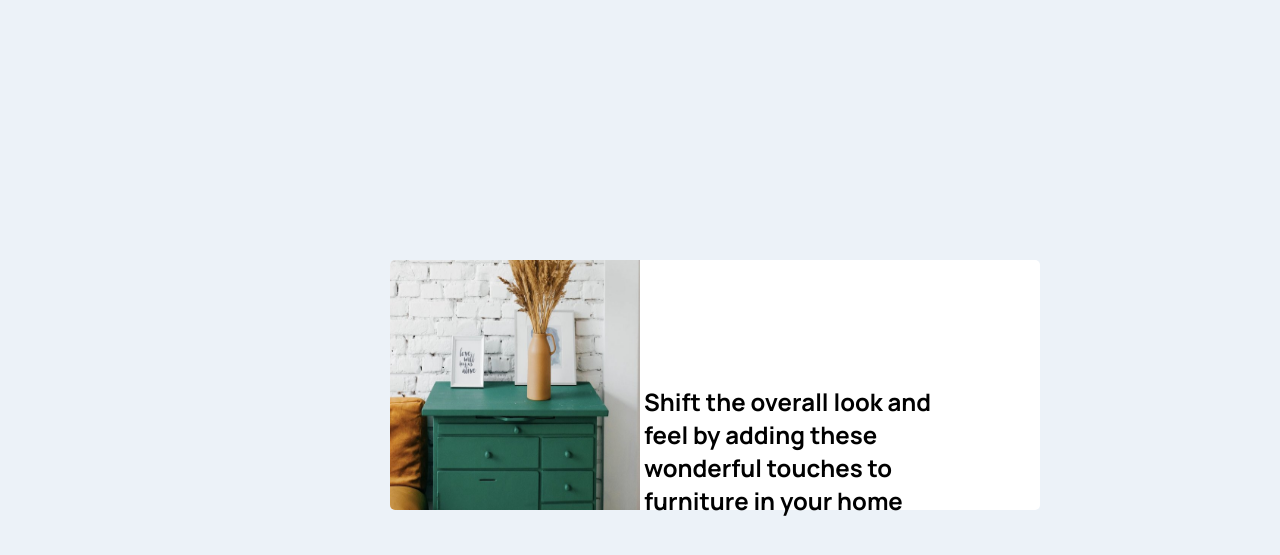
Repository: ricky603/training-css
Page: article-preview-component-master/index.html
An editor plug-in stored every save of this project. The page is shown before and after the next save, followed by the edit.
The browser window is 1280 px wide. The pictures show the whole page.

Above is the page before, as saved 2020-09-09 08:17:08.

### article-preview-component-master/index.html
<!DOCTYPE html>
<html lang="en">

<head>
    <meta charset="UTF-8">
    <meta name="viewport" content="width=device-width, initial-scale=1.0">
    <!-- displays site properly based on user's device -->

    <link rel="icon" type="image/png" sizes="32x32" href="./images/favicon-32x32.png">
    <link rel="stylesheet" href="./styles.css">
    <link href="https://fonts.googleapis.com/css2?family=Manrope:wght@500;700&display=swap" rel="stylesheet">

    <title>Frontend Mentor | Article preview component</title>

    <!-- Feel free to remove these styles or customise in your own stylesheet 👍 -->
</head>

<body>
    <div class="article">
        <div id="image">
            <img src="./images/drawers.jpg" class="drawer">
        </div>

        <div class="post">
            <div class="head">
                <h2>Shift the overall look and feel by adding these wonderful touches to furniture in your home</h2>
            </div>
        </div>
    </div>


</body>

</html>

<!--

  Ever been in a room and felt like something was missing? Perhaps
  it felt slightly bare and uninviting. I’ve got some simple tips
  to help you make any room feel complete.

  Michelle Appleton
  28 Jun 2020

  Share -->

### article-preview-component-master/styles.css
body {
    background-color: hsl(210, 46%, 95%);
}

h2 {
    font-family: 'Manrope';
    font-weight: 700;
}

#image {
    display: inline-block;
}

.post {
    display: inline-block;
    width: 51%;
}

.head {
    display: inline-block;
}

.article {
    position: fixed;
    width: 650px;
    height: 250px;
    background-color: white;
    margin: auto;
    top: 50%;
    left: 50%;
    margin-top: -100px;
    margin-left: -250px;
    border-radius: 5px;
}

.drawer {
    width: 250px;
    height: 250px;
    border-radius: 5px 0 0 5px;
}

.attribution {
    font-size: 11px;
    text-align: center;
}

.attribution a {
    color: hsl(228, 45%, 44%);
}

After the next save:
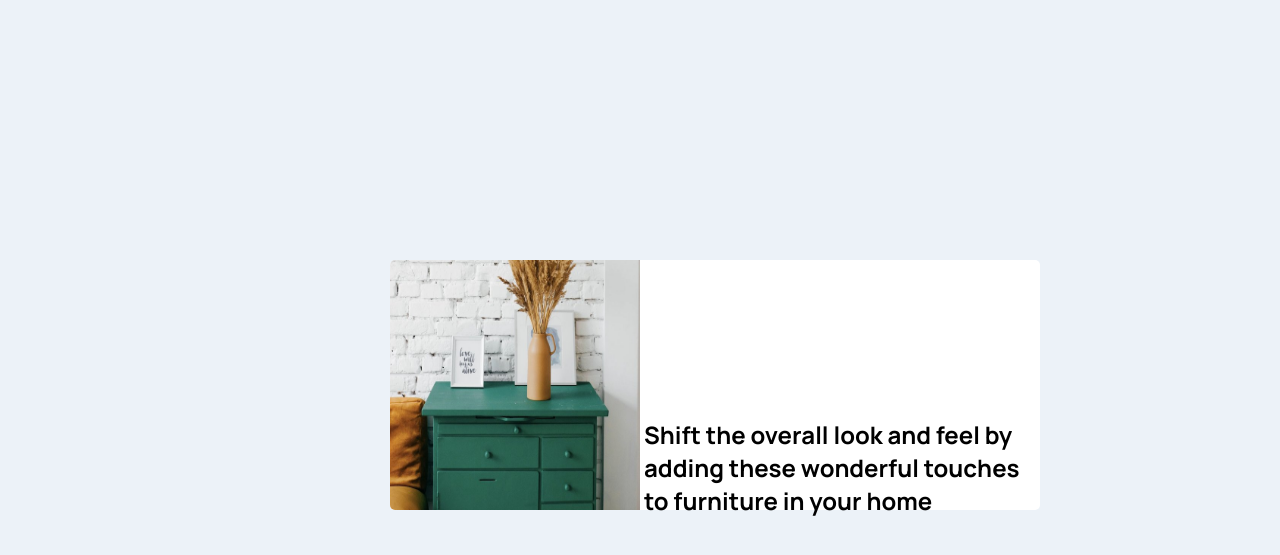
Saved 6 s later.
--- a/article-preview-component-master/styles.css
+++ b/article-preview-component-master/styles.css
@@ -13,7 +13,7 @@ h2 {
 
 .post {
     display: inline-block;
-    width: 51%;
+    width: 60%;
 }
 
 .head {
